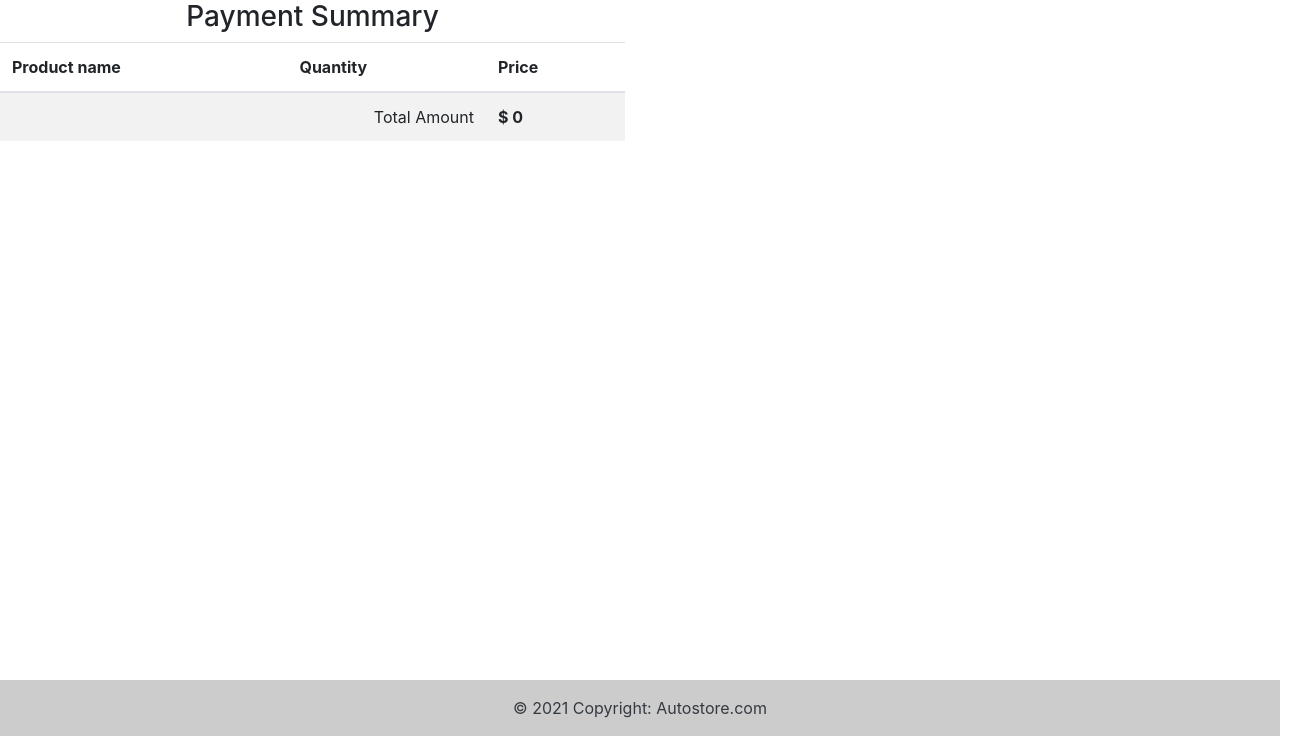
Repository: pravinsakthivel/ecommerce
Page: /checkout
An editor plug-in stored every save of this project. The page is shown before and after the next save, followed by the edit.
The browser window is 1280 px wide. The page is 1295 px wide, so the pictures cover 1295 px, including what lies to the right of the window. The pictures show the whole page.
The project was rebuilt for these pictures with package versions that can differ from the ones it lists, and the page was loaded fresh each time. Also part of the build but not shown: src/components/ProductItem.vue, src/components/UI/ShoppingCartIcon.vue, src/components/UI/NavigationBar.vue, src/components/UI/SearchBar.vue, src/components/ProductDescriptionModal.vue, src/components/ProductList.vue, src/components/CartList.vue, src/components/UI/OrderSuccess.vue and 4 more.

Above is the page before, as saved 2021-04-10 23:57:17.

### public/index.html
<!DOCTYPE html>
<html lang="">
  <head>
    <meta charset="utf-8" />
    <meta http-equiv="X-UA-Compatible" content="IE=edge" />
    <meta name="viewport" content="width=device-width,initial-scale=1.0" />
    <link rel="icon" href="<%= BASE_URL %>favicon.ico" />
    <link
      href="https://fonts.googleapis.com/css?family=Nunito+Sans:400,400i,700,900&display=swap"
      rel="stylesheet"
    />
    <title><%= htmlWebpackPlugin.options.title %></title>
  </head>
  <style>
    #page-container {
      position: relative;
      min-height: 100vh;
    }

    #content-wrap {
      padding-bottom: 2.5rem; /* Footer height */
    }

    #footer {
      position: absolute;
      bottom: 0;
      width: 100%;
      height: 2.5rem; /* Footer height */
    }
  </style>
  <body>
    <noscript>
      <strong
        >We're sorry but <%= htmlWebpackPlugin.options.title %> doesn't work
        properly without JavaScript enabled. Please enable it to
        continue.</strong
      >
    </noscript>
    <div id="page-container">
      <div id="content-wrap">
        <div id="app"></div>
      </div>
      <footer id="footer">
        <div class="text-center text-dark p-3 footer" style="background-color: rgba(0, 0, 0, 0.2);">
          © 2021 Copyright:
          <a class="text-dark" href="#">Autostore.com</a>
        </div>
      </footer>
    </div>
    <!-- built files will be auto injected -->
  </body>
</html>

### src/main.js
import { createApp } from 'vue';
import App from './App.vue';
import router from './router.js';
import store from './store.js';
import 'bootstrap';
import 'font-awesome/css/font-awesome.min.css';
import 'bootstrap/dist/css/bootstrap.min.css';
import BaseButton from "./components/UI/BaseButton.vue";
import BaseBadge from './components/UI/BaseBadge.vue';
import TheJumbotrom from './components/UI/TheJumbotron.vue';
import BaseModal from './components/UI/BaseModal.vue';



const app = createApp(App);
app.use(router);
app.use(store);
app.component('base-button',BaseButton);
app.component('base-badge',BaseBadge);
app.component('the-jumbotron',TheJumbotrom);
app.component('base-modal',BaseModal);
app.mount('#app');

### src/App.vue
<template>
 <router-view></router-view>

</template>

<script>

export default {
  name: 'App',
}
</script>

<style >

</style>

### src/router.js
import { createRouter, createWebHistory } from "vue-router";
import ProductList from "./components/ProductList.vue";
import CartList from "./components/CartList.vue";
import OrderSuccessPage from "./components/UI/OrderSuccess.vue";
import LoginPage from "./components/UI/LoginPage.vue";
import CheckoutPage from "./components/CheckoutPage.vue";

const router = createRouter({
  history: createWebHistory(),
  routes: [
    {
      path: "/",
      redirect: "/login",
    },
    {
      path: "/cartIems",
      component: CartList,
    },
    {
      path: "/products",
      component: ProductList,
    },
    {
      path: "/orderSuccessPage",
      component: OrderSuccessPage,
    },
    {
      path: "/login",
      component: LoginPage,
    },
    {
      path:"/checkout",
      component:CheckoutPage
    }
  ],
});

export default router;

### src/store.js
import {createStore} from 'vuex';
import productModule from './store/products/index.js'

const store = createStore({
   modules:{
        products:productModule
   }
});

export default store;

### src/components/CheckoutPage.vue
<template>
  <div class="row">

    <div class="col-md-6">
      <payment-details :enable ="isError"></payment-details>
    </div>
  </div>
</template>
<script>
import PaymentDetails from "./PaymentDetails.vue";

export default {
  components: {
    PaymentDetails,
  }
};
</script>

### src/store/products/index.js
import actions from './actions.js';
import getters from './getters.js';
import mutations from './mutations.js';

export default{
    namespaced:true,
    state(){
        return{
            products: [],
            cartItems: [],
            productsIdsInCart:[],
            searchedItems:[],
            lastUpdated:null,
            loggedInUser :'',
            totalCartValue:0
        }
    },
    actions,
    getters,
    mutations
}

### src/components/PaymentSummary.vue
<template>
  <div>
    <h3 class="text-center">Payment Summary</h3>
    <table class="table table-striped">
      <thead>
        <tr>
          <th>Product name</th>
          <th>Quantity</th>
          <th>Price</th>
        </tr>
      </thead>
      <tbody>
        <tr v-for="item in cartItems" :key="item.productId">
          <td>{{ item.productName }}</td>
          <td>{{ item.quantity }}</td>
          <td>$ {{ item.cartValue ? item.cartValue : item.price }}</td>
        </tr>
        <tr>
          <td colspan="2" class="text-right">Total Amount</td>
          <td>
            <strong>$ {{ totalCartValue }}</strong>
          </td>
        </tr>
      </tbody>
    </table>
    <slot></slot>
  </div>
</template>
<script>
export default {
  computed: {
    totalCartValue() {
      let cartvalue = 0;
      this.cartItems.forEach((element) => {
        cartvalue += element.cartValue ? element.cartValue : element.price;
      });
      this.$store.dispatch('products/setCartValue',cartvalue);
      return cartvalue;
    },
    cartItems() {
      return this.$store.getters["products/getCartItems"];
    },
  },
};
</script>

### src/components/PaymentDetails.vue
<template>
  <payment-summary></payment-summary>
  <paypal-component></paypal-component>
</template>
<script>
import PaypalComponent from './PayPalComponent.vue';
import PaymentSummary from './PaymentSummary.vue';
export default {
  components:{
    PaypalComponent,
    PaymentSummary
  },
  computed: {
    totalCartValue() {
      let cartvalue = 0;
      this.cartItems.forEach((element) => {
        cartvalue += element.cartValue ? element.cartValue : element.price;
      });
      console.log(cartvalue)
      return cartvalue;
    },
    cartItems() {
      return this.$store.getters["products/getCartItems"];
    }
  }
};
</script>

### src/store/products/actions.js
export default {
  async loadProducts(context,forceRefresh) {
    console.log(context.getters.shouldRefresh , forceRefresh);
    if(!context.getters.shouldRefresh && !forceRefresh){
      console.log("sending cache data");
      return;
    }
    console.log("sending fetched data");
    let url = `https://products-data-b01f9-default-rtdb.firebaseio.com/products/-MXaxOFKGRgCKs_OkzrR.json`;
    let response = await fetch(url);
    let responseData = await response.json();
    context.commit("setProducts", responseData);
    context.commit("setTimeStamp");
  },
  setProducts(context, payload) {
    context.commit("setProducts", payload);
  },
  addProductItemToCart(context, product) {
    let cartItems = [...context.getters.getCartItems, product];
    context.dispatch("addProductIdInCart", product.productId);
    context.commit("setCartItems", cartItems);
  },
  addProductIdInCart(context, data) {
    let productIdsInCart = [...context.getters.getproductIdsIncart, data];
    context.commit("setProductIdsInCart", productIdsInCart);
  },
  setCartItems(context, data) {
    context.commit("setCartItems", data);
  },
  removeCartItem(context, productId) {
    let cartItems = context.getters.getCartItems;
    let filteredItems = cartItems.filter((item) => {
      return item.productId != productId;
    });
    context.dispatch("removeProductIdInCart", productId);
    context.commit("setCartItems", filteredItems);
  },
  removeProductIdInCart(context, productId) {
    let productIdsInCart = context.getters.getproductIdsIncart;
    const index = productIdsInCart.indexOf(productId);
    if (index > -1) {
      productIdsInCart.splice(index, 1);
    }
    context.commit("setProductIdsInCart", productIdsInCart);
  },
  setSearchedItems(context, payload) {
    context.commit("setSearchedItems", payload);
  },
  setUser(context,userName){
    context.commit("setUser",userName);
  },
  resetProductIdsInCart(context){
    context.commit("setProductIdsInCart",[])
  },
  setCartValue(context,cartValue){
    context.commit("setCartValue",cartValue)
  }
};

### src/store/products/getters.js
export default {
  getProducts(state) {
    return state.products;
  },
  getCartItems(state) {
    return state.cartItems;
  },
  getproductIdsIncart(state) {
    return state.productsIdsInCart;
  },
  shouldRefresh(state) {
    let lastUpdate = state.lastUpdated;
    if (!lastUpdate) {
      return true;
    }
    const currentTimeStamp = new Date().getTime();
    return (currentTimeStamp - lastUpdate) / 1000 > 60;
  },
  getSearchItems(state){
      return state.searchedItems;
  },
  getLoggedInUser(state){
    return state.loggedInUser;
  },
  getCartValue(state){
    return state.totalCartValue;
  }
};

### src/store/products/mutations.js
export default {
  setCartItems(state, payload) {
    state.cartItems = payload;
  },
  setProducts(state, payload) {
    state.products = payload;
  },
  setProductIdsInCart(state, payload) {
    state.productsIdsInCart = payload;
  },
  setTimeStamp(state) {
    state.lastUpdated = new Date().getTime();
  },
  setSearchedItems(state, payload) {
    state.searchedItems = payload;
  },
  setUser(state, userName) {
    state.loggedInUser = userName;
  },
  setCartValue(state,cartValue){
    state.cartValue = cartValue;
  }
};

### src/components/PayPalComponent.vue
<template>
  <div id="paypal-button"></div>
</template>
<script>
export default {
  props: ["enable"],
  mounted() {
    let paypalScript = document.createElement("script");
    paypalScript.setAttribute(
      "src",
      "https://www.paypal.com/sdk/js?client-id=AVqt9vrCUVqfc7P88IdNEju9AuBGJq-97Q6YjIoat7qiJp9kvvh4UoYTX6ck6Du60ubYApPewCvAZViN"
    );
    paypalScript.addEventListener("load", this.loadPayPal);
    document.head.appendChild(paypalScript);
  },
  methods: {
    loadPayPal() {
      let self = this;
      let cartValue = this.$store.getters["products/getCartValue"];
      console.log("enable", self.enable);
      window.paypal
        .Buttons({
          onInit: function(data, actions) {
            // Disable the buttons
            actions.disable();
            if (self.enable) {
              actions.enable();
            }
          },

          createOrder: function(data, actions) {
            // let totalCartValue = self.cartValue;
            // This function sets up the details of the transaction, including the amount and line item details.
            return actions.order.create({
              purchase_units: [
                {
                  amount: {
                    value: cartValue,
                  },
                },
              ],
            });
          },
          onApprove: function(data, actions) {
            // This function captures the funds from the transaction.
            return actions.order.capture().then(function(details) {
              // This function shows a transaction success message to your buyer.
              self.processPostPayment(details);
            });
          },
        })
        .render("#paypal-button");
    },
    processPostPayment(details) {
      console.log(details);
      this.$store.dispatch("products/setCartItems", []);
      this.$store.dispatch("products/resetProductIdsInCart");
      this.$router.push("orderSuccessPage");
    },
  },
};
</script>

### src/components/UI/BaseButton.vue
<template>
    <button
        class="btn btn-primary"
        type="submit"
        @click.prevent="clickAction"
      >
        <slot></slot>
      </button>
</template>
<script>
export default {
    emits:['click-action'],
    methods:{
        clickAction(){
            this.$emit('click-action');
        }
    }
}
</script>

After the next save:
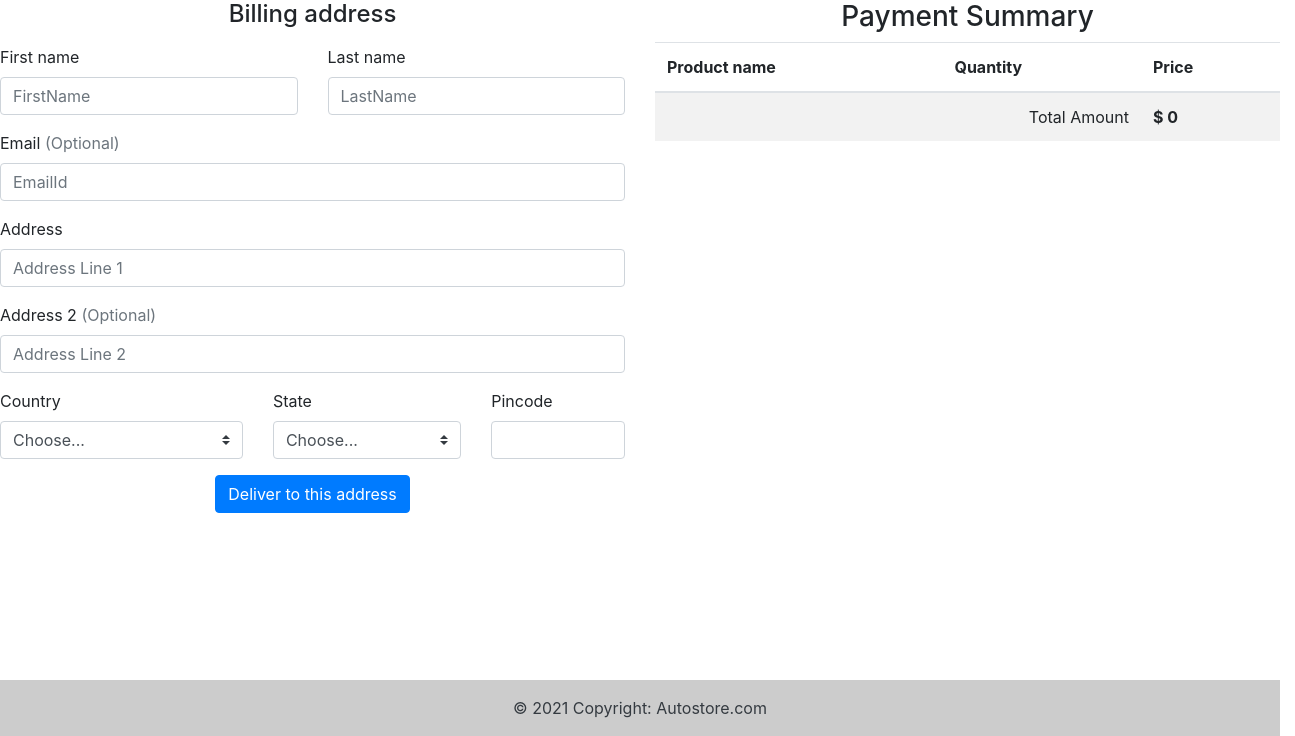
Saved 4 min 32 s later.
--- a/src/components/CheckoutPage.vue
+++ b/src/components/CheckoutPage.vue
@@ -1,8 +1,118 @@
 <template>
   <div class="row">
+    <div class="col-md-6">
+      <h4 class="mb-3 text-center">Billing address</h4>
+      <form>
+        <div class="row">
+          <div class="col-md-6 mb-3">
+            <label for="firstName">First name</label>
+            <input
+              type="text"
+              class="form-control"
+              id="firstName"
+              placeholder="FirstName"
+              required
+              v-model="firstName"
+            />
+          </div>
+          <div class="col-md-6 mb-3">
+            <label for="lastName">Last name</label>
+            <input
+              type="text"
+              class="form-control"
+              id="lastName"
+              placeholder="LastName"
+              v-model="lastName"
+              required
+            />
+          </div>
+        </div>
+        <div class="mb-3">
+          <label for="email"
+            >Email <span class="text-muted">(Optional)</span></label
+          >
+          <input
+            type="email"
+            class="form-control"
+            id="email"
+            placeholder="EmailId"
+            v-model="emailId"
+          />
+        </div>
 
+        <div class="mb-3">
+          <label for="address">Address</label>
+          <input
+            type="text"
+            class="form-control"
+            id="address"
+            placeholder="Address Line 1"
+            required
+            v-model="addressLine1"
+          />
+        </div>
+
+        <div class="mb-3">
+          <label for="address2"
+            >Address 2 <span class="text-muted">(Optional)</span></label
+          >
+          <input
+            type="text"
+            class="form-control"
+            id="address2"
+            placeholder="Address Line 2"
+            v-model="addressLine2"
+          />
+        </div>
+
+        <div class="row">
+          <div class="col-md-5 mb-3">
+            <label for="country">Country</label>
+            <select
+              class="custom-select d-block w-100"
+              id="country"
+              v-model="country"
+            >
+              <option value="">Choose...</option>
+              <option>India</option>
+            </select>
+          </div>
+          <div class="col-md-4 mb-3">
+            <label for="state">State</label>
+            <select
+              class="custom-select d-block w-100"
+              id="state"
+              v-model="state"
+            >
+              <option value="">Choose...</option>
+              <option>Bangalore</option>
+            </select>
+          </div>
+          <div class="col-md-3 mb-3">
+            <label for="zip">Pincode</label>
+            <input
+              type="text"
+              class="form-control"
+              id="zip"
+              placeholder=""
+              v-model="pincode"
+            />
+          </div>
+        </div>
+        <div class="alert alert-danger" role="alert" v-if="isError">
+          Please fill in all fields to continue payment !!
+        </div>
+        <div class="text-center">
+          <base-button
+            customClass="btn-warning mb-5 mt-5 "
+            @click-action="validateAddress"
+            >Deliver to this address</base-button
+          >
+        </div>
+      </form>
+    </div>
     <div class="col-md-6">
-      <payment-details :enable ="isError"></payment-details>
+      <payment-details></payment-details>
     </div>
   </div>
 </template>
@@ -12,6 +122,33 @@ import PaymentDetails from "./PaymentDetails.vue";
 export default {
   components: {
     PaymentDetails,
-  }
+  },
+  data() {
+    return {
+      firstName: "",
+      lastName: "",
+      emailId: "",
+      addressLine1: "",
+      addressLine2: "",
+      country: "",
+      state: "",
+      pincode: "",
+      isError: false,
+    };
+  },
+  methods: {
+    validateAddress() {
+      if (
+        this.firstName == "" ||
+        this.lastName == "" ||
+        this.country == "" ||
+        this.state == "" ||
+        this.addressLine1 == "" ||
+        this.addressLine2 == ""
+      ) {
+        this.isError = true;
+      }
+    },
+  },
 };
 </script>
